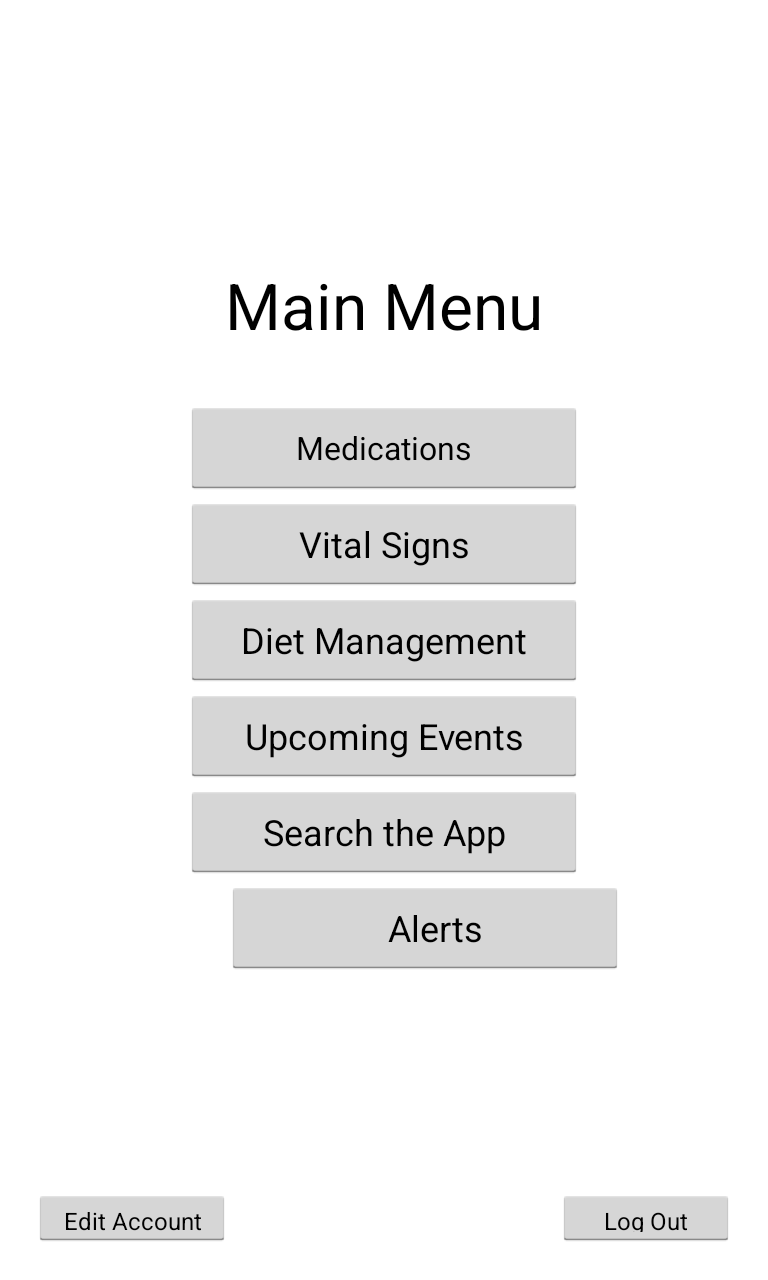
Repository: seth-skocelas/PHMS
Layout: PHMS/res/layout/activity_main_menu.xml
The author's editor kept a copy of each file at every save. The layout is drawn from the files as they stood at one save, then again after the next save.
It is drawn on a 768 x 1280 px phone screen (xhdpi) without system bars, with theme AppTheme; the app's code is not run.

Above is the layout before, as saved 2014-04-22 06:22:32.

### PHMS/res/layout/activity_main_menu.xml
<RelativeLayout xmlns:android="http://schemas.android.com/apk/res/android"
    xmlns:tools="http://schemas.android.com/tools"
    android:layout_width="wrap_content"
    android:layout_height="match_parent"
    android:layout_marginBottom="0dp"
    android:layout_marginLeft="0dp"
    android:layout_marginRight="0dp"
    android:layout_marginTop="0dp"
    android:gravity="left"
    android:paddingBottom="@dimen/activity_vertical_margin"
    android:paddingLeft="@dimen/activity_horizontal_margin"
    android:paddingRight="@dimen/activity_horizontal_margin"
    android:paddingTop="@dimen/activity_vertical_margin"
    tools:context="com.example.phms.MainMenu$PlaceholderFragment" >

    <Button
        android:id="@+id/button3"
        android:layout_width="200dp"
        android:layout_height="wrap_content"
        android:layout_centerInParent="true"
        android:layout_marginRight="80dp"
        android:text="@string/diet_management"
    	android:onClick="startDiet" />

    <Button
        android:id="@+id/button4"
        android:layout_width="200dp"
        android:layout_height="wrap_content"
        android:layout_below="@+id/button3"
        android:layout_centerHorizontal="true"
        android:layout_marginRight="80dp"
        android:text="@string/upcoming_events"/>

    <Button
        android:id="@+id/button5"
        android:layout_width="200dp"
        android:layout_height="wrap_content"
        android:layout_below="@+id/button4"
        android:layout_centerHorizontal="true"
        android:layout_marginRight="80dp"
        android:text="@string/search_app"
        android:onClick="displaySearch" />

    <Button
        android:id="@+id/button2"
        android:layout_width="200dp"
        android:layout_height="wrap_content"
        android:layout_above="@+id/button3"
        android:layout_centerHorizontal="true"
        android:layout_marginRight="80dp"
        android:text="@string/vital_signs" />

    <Button
        android:id="@+id/button1"
        style="@style/AppBaseTheme"
        android:layout_width="200dp"
        android:layout_height="wrap_content"
        android:layout_above="@+id/button2"
        android:layout_centerHorizontal="true"
        android:layout_marginRight="80dp"
        android:text="@string/medications"
        android:onClick="displayMed" />

    <TextView
        android:id="@+id/textView1"
        android:layout_width="wrap_content"
        android:layout_height="wrap_content"
        android:layout_above="@+id/button1"
        android:layout_centerHorizontal="true"
        android:layout_marginBottom="26dp"
        android:text="@string/main_menu"
        android:textAppearance="?android:attr/textAppearanceLarge"
        android:textSize="32sp" />

    <Button
        android:id="@+id/button6"
        android:layout_width="100dp"
        android:layout_height="30dp"
        android:layout_alignParentBottom="true"
        android:layout_alignParentLeft="true"
        android:text="@string/edit_acct"
        android:textSize="12sp" />

    <Button
        android:id="@+id/button7"
        style="?android:attr/buttonStyleSmall"
        android:layout_width="90dp"
        android:layout_height="30dp"
        android:layout_alignParentBottom="true"
        android:layout_alignParentRight="true"
        android:text="@string/logout"
        android:onClick="LogOut"
        android:textSize="12sp" />

    <Button
        android:id="@+id/button8"
        android:layout_width="200dp"
        android:layout_height="wrap_content"
        android:layout_alignLeft="@+id/textView1"
        android:layout_below="@+id/button5"
        android:layout_centerHorizontal="true"
        android:paddingLeft="22dp"
        android:text="Alerts"
        android:onClick="displayAlert"/>


</RelativeLayout>

### PHMS/res/values/strings.xml
<?xml version="1.0" encoding="utf-8"?>
<resources>

    <string name="app_name">PHMS</string>
    <string name="hello_world">Hello world!</string>
    <string name="action_settings">Settings</string>
    <string name="welcome">Welcome to the Personal Health Monitoring System!</string>
    <string name="password">Password</string>
    <string name="options">Please login or register:</string>
    <string name="login">Login</string>
    <string name="register">Register</string>
    <string name="recover">Recover</string>
    <string name="title_activity_register">Register</string>
    <string name="firstname">First Name:</string>
    <string name="lastname">Last Name:</string>
    <string name="username">Username:</string>
    <string name="cancel">Cancel</string>
    <string name="email">Email Address:</string>
    <string name="phone">Phone Number:</string>
    <string name="height">Height: (ft)</string>
    <string name="inches">(in)</string>
    <string name="weight">Weight:</string>
    <string name="age">Age:</string>
    <string name="docemail">Doctor\'s Email:</string>
    <string name="gender">Gender:</string>
    <string name="security">Security Question: What is your mother\'s maiden name?</string>
    <string name="recoQuestion">Please enter your account email:</string>
    <string name="recoInfo">If there is an account on file with this email, an email will be sent out
	    					that will allow you to reset your password</string>
    <string name="title_activity_recover">Recover</string>
    <string name="ok">OK</string>
    <string name="dialog_message">Test</string>
    <string name="dialog_title">Test</string>
    <string name="title_activity_main_menu">MainMenuActivity</string>
    <string name="vital_signs">Vital Signs</string>
    <string name="medications">Medications</string>
    <string name="main_menu">Main Menu</string>
    <string name="diet_management">Diet Management</string>
    <string name="upcoming_events">Upcoming Events</string>
    <string name="search_app">Search the App</string>
    <string name="edit_acct">Edit Account</string>
    <string name="logout">Log Out</string>
    <string name="title_activity_medication">Medication</string>
    <string name="title_activity_diet">DietActivity</string>
    <string name="little_to_noExcersice">Little to no Exercise</string>
    <string name="light_exercise">Light Exercise (1&#8211;3 days per week)</string>
    <string name="moderate_exercise">Moderate exercise (3&#8211;5 days per week)</string>
    <string name="heavy_exercise">Heavy Exercise (6&#8211;7 days per week)</string>
    <string name="very_heavy_exercise">Very heavy exercise (twice per day, extra heavy workouts)</string>
    <string name="suggestedCalorie_test">Suggested Calorie Intake %d</string>
    <string name="today_calories">Today\'s Calories %d</string>
    <string name="calorie_today">Calorie Intake Today: %d</string>
    <string name="calorie_burned_today">Calorie Burned Today: %d</string>
    <string name="display_food">Food: %s</string>
    <string name="display_quantity">Quantity: %s</string>
    <string name="display_calories">Calories: %s</string>
    <string name="title_activity_food_editor_display">FoodEditor</string>
    <string name="medInstructions">Select a medication to edit:</string>
    <string name="add_food">Add</string>
    <string name="add_exercise">Add</string>
    <string name="total_food">Total Calories: %.2f</string>
    <string name="total_exercise">Total Calories: %.2f</string>
    <string name="total_null">Total: None</string>
    <string name="food">Food</string>
    <string name="exercise">Exercise</string>
    <string name="quantity">Quantity</string>
    <string name="calories">Calories</string>
    <string name="ret">Return</string>
    <string name="title_activity_add_medication">AddMedicationActivity</string>
    <string name="addMedInstructions">Please fill in all the fields:</string>
    <string name="name">Name:</string>
    <string name="datetime">Date/Time:</string>
    <string name="conflictions">Conflictions:</string>
    <string name="dosage">Dosage (Amount):</string>
    <string name="unit">Unit:</string>
    <string name="save">Save</string>
    <string name="title_activity_search">SearchActivity</string>
    <string name="searchInstructions">Please enter the term you are searching for:</string>
    <string name="searchType">Please select search type:</string>
    <string name="search">Search</string>
    <string name="resultInfo">Touch the result to access information about it.</string>
    <string name="help">Help</string>
    <string name="add">Add</string>
    <string name="edit">Edit</string>
    <string name="action_search">Search</string>
    <string name="action_logout">Logout</string>
    <string name="settings">Settings</string>

    <string-array name="searchchoices">
        <item>Ad-Hoc</item>
        <item>Diet</item>
        <item>Vital Signs</item>
        <item>Medications</item>
        <item>Google Search</item>
    </string-array>

    <string name="title_activity_result">ResultActivity</string>
    <string name="title_activity_food_editor">FoodEditorActivity</string>
    <string name="title_activity_exercise_editor">ExerciseEditorActivity</string>
    <string name="title_activity_vital_signs">VitalSignsActivity</string>
    <string name="title_activity_test">TestActivity</string>
    <string name="title_activity_add_alert">AddAlertActivity</string>
    <string name="title_activity_alarm_receiver">AlarmReceiverActivity</string>
    <string name="title_activity_alert">AlertActivity</string>
    <string name="title_activity_communications">CommunicationsActivity</string>
    <string name="title_activity_repeating_alarm">RepeatingAlarmActivity</string>
    <string name="title_activity_settings">SettingsActivity</string>
    <string name="title_activity_edit_account">EditAccountActivity</string>

</resources>

Loaded but not shown: PHMS/res/values/styles.xml (common file); PHMS/res/values-v11/styles.xml (common file); PHMS/res/values-v14/styles.xml (common file); PHMS/res/values/dimens.xml (common file); PHMS/res/values-w820dp/dimens.xml (common file)

After the next save:
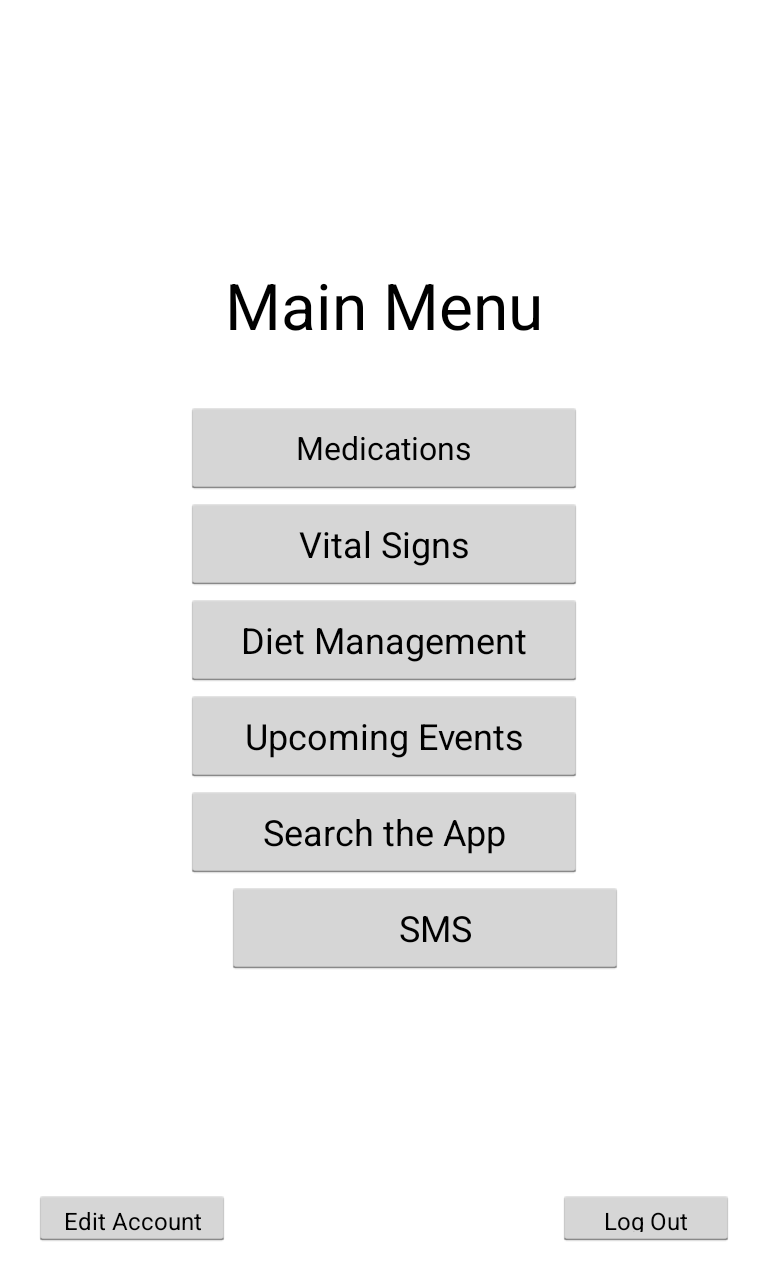
Saved 6 min 22 s later.
--- a/PHMS/res/layout/activity_main_menu.xml
+++ b/PHMS/res/layout/activity_main_menu.xml
@@ -93,15 +93,14 @@
         android:textSize="12sp" />
 
     <Button
-        android:id="@+id/button8"
+        android:id="@+id/smsbutton8"
         android:layout_width="200dp"
         android:layout_height="wrap_content"
         android:layout_alignLeft="@+id/textView1"
         android:layout_below="@+id/button5"
         android:layout_centerHorizontal="true"
         android:paddingLeft="22dp"
-        android:text="Alerts"
-        android:onClick="displayAlert"/>
+        android:text="SMS" />
 
 
 </RelativeLayout>
